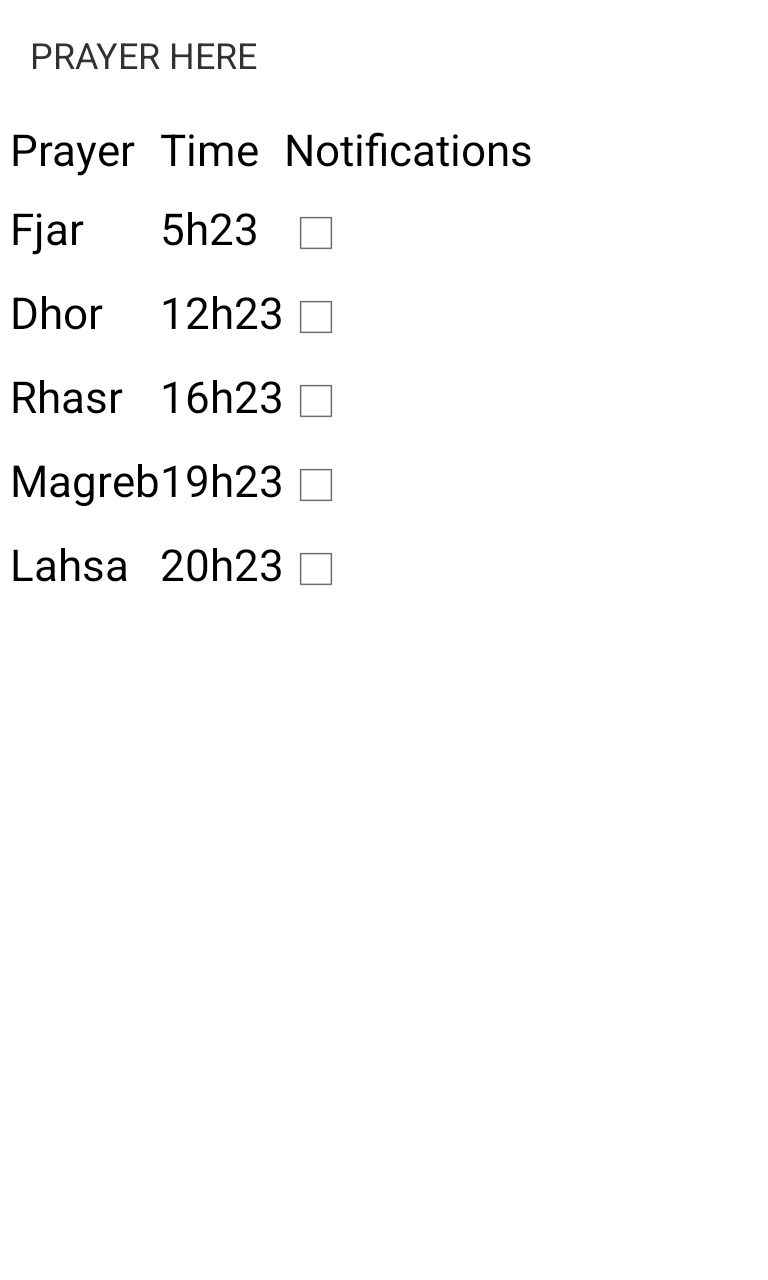
Repository: Osamah/Afstudeerwerk
Layout: NativeApp/SecondPillar/res/layout/activity_prayer.xml
An editor plug-in stored every save of this project. The layout is shown before and after the next save, followed by the edit.
It is drawn on a 768 x 1280 px phone screen (xhdpi) without system bars, with theme AppTheme; the app's code is not run.

Above is the layout before, as saved 2012-12-27 23:36:35.

After the next save:
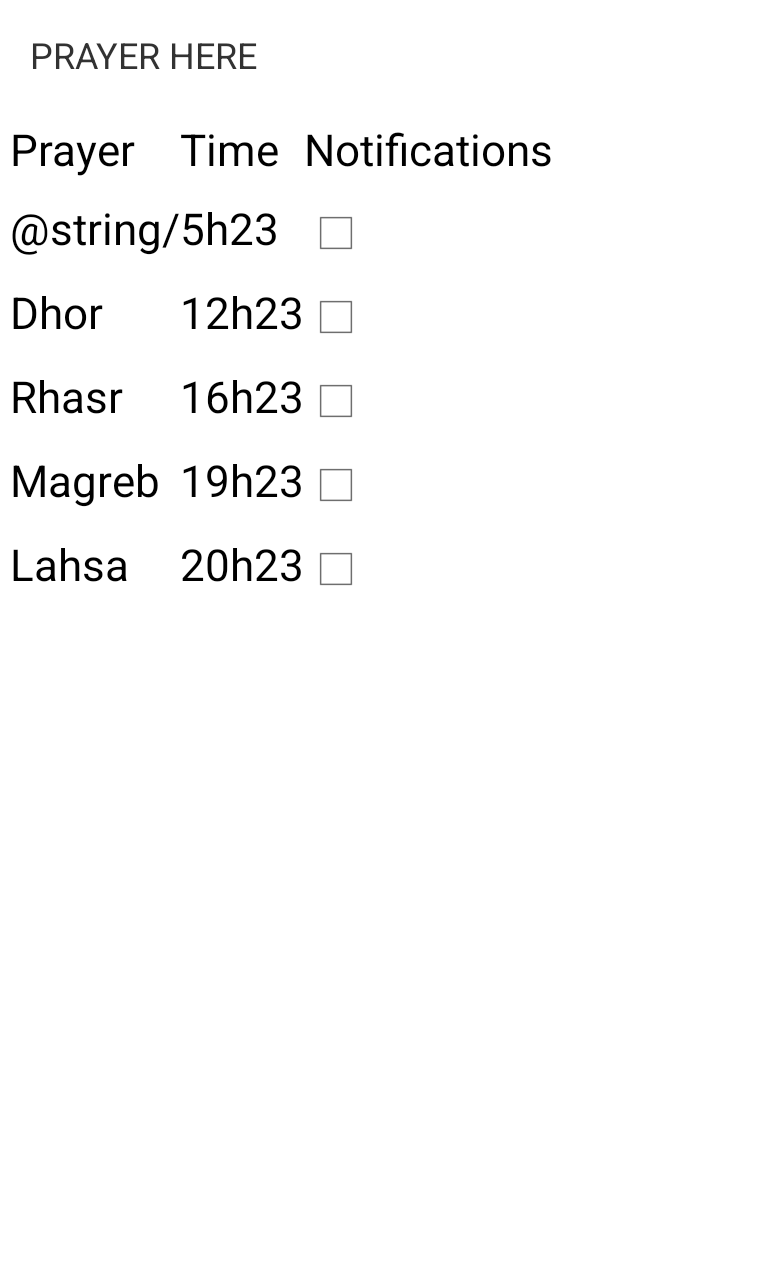
Saved 32 s later.
--- a/NativeApp/SecondPillar/res/layout/activity_prayer.xml
+++ b/NativeApp/SecondPillar/res/layout/activity_prayer.xml
@@ -52,7 +52,7 @@
 
         <TextView
             android:id="@+id/prayer1"
-            android:text="Fjar"
+            android:text="@string/"
             android:textAppearance="?android:attr/textAppearanceLarge" />
 
         <TextView

After the 3 saves that followed:
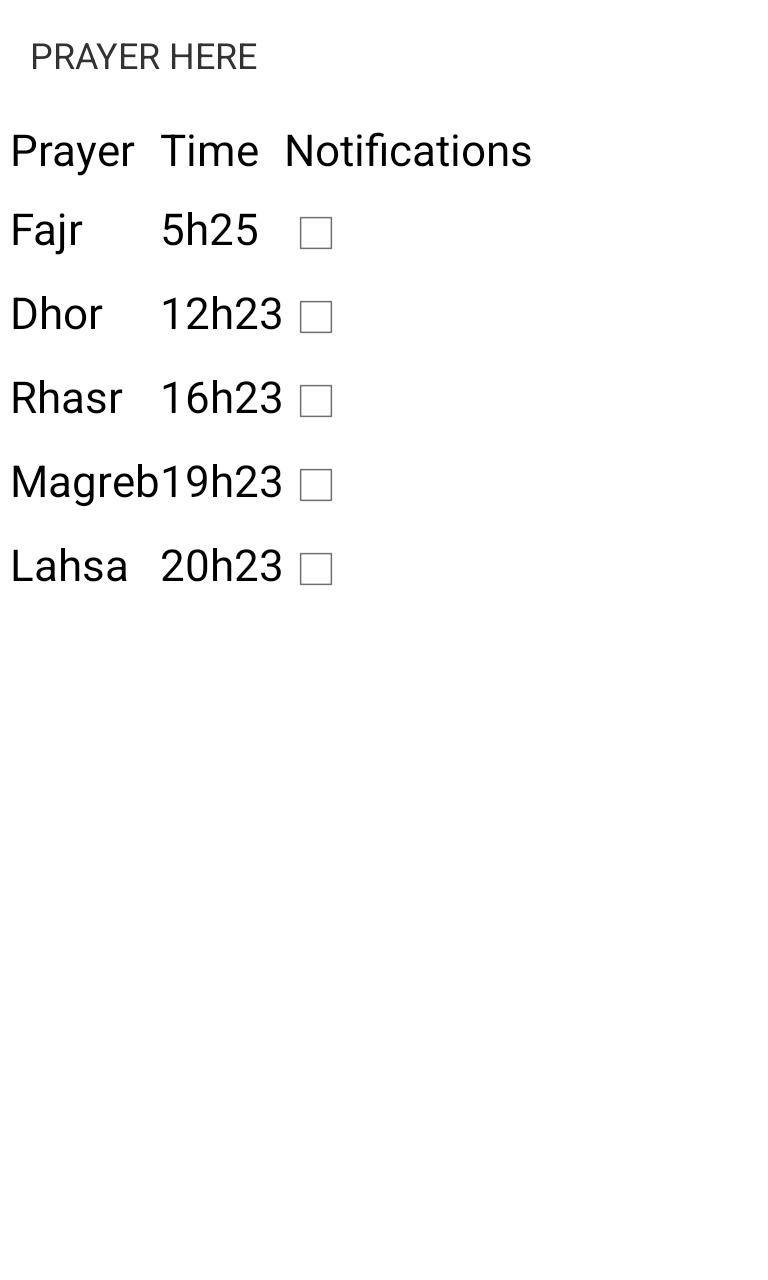
The 3 saves are shown as one change because 2 left the picture as it was.
The last was saved 2 min 42 s later.
--- a/NativeApp/SecondPillar/res/layout/activity_prayer.xml
+++ b/NativeApp/SecondPillar/res/layout/activity_prayer.xml
@@ -52,12 +52,12 @@
 
         <TextView
             android:id="@+id/prayer1"
-            android:text="@string/"
+            android:text="@string/prayer1"
             android:textAppearance="?android:attr/textAppearanceLarge" />
 
         <TextView
             android:id="@+id/prayerTime1"
-            android:text="5h23"
+            android:text="@string/prayerTime1"
             android:textAppearance="?android:attr/textAppearanceLarge" />
 
         <CheckBox
--- a/NativeApp/SecondPillar/res/values/strings.xml
+++ b/NativeApp/SecondPillar/res/values/strings.xml
@@ -13,11 +13,17 @@
     <string name="headerCol1">Prayer</string>
     <string name="headerCol2">Time</string>
     <string name="headerCol3">Notifications</string>
-    <string name=""></string>
-    <string name=""></string>
-    <string name=""></string>
-    <string name=""></string>
-    <string name=""></string>
-    <string name=""></string>
-    <string name=""></string>
+
+    <string name="prayer1">Fajr</string>
+    <string name="prayer2">Dhor</string>
+    <string name="prayer3">Rhasr</string>
+    <string name="prayer4">Magreb</string>
+    <string name="prayer5">Lahsa</string>
+
+    <string name="prayerTime1">5h25</string>
+    <string name="prayerTime2">12h30</string>
+    <string name="prayerTime3">15h37</string>
+    <string name="prayerTime4">18h48</string>
+    <string name="prayerTime5">21h00</string>
+
 </resources>
